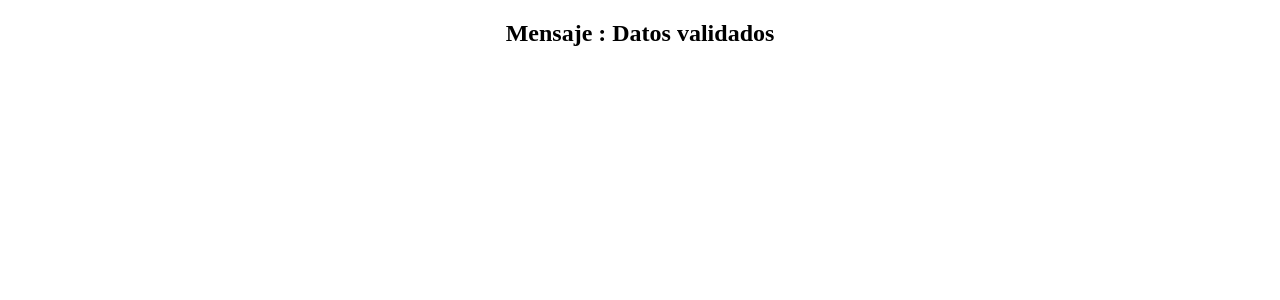
Repository: LuisCondori98/LP1-CIB
Page: http://localhost/Clase-02/jsp/validarCredencial.jsp
These files come from the project's save history. The page is drawn as it stood at one moment and after the next save; the edit follows.
The browser window is 1280 px wide. The pictures show the whole page.
The page is served by Tomcat 9.

Above is the page before, as saved 2025-01-12 20:47:42.

After the next save:
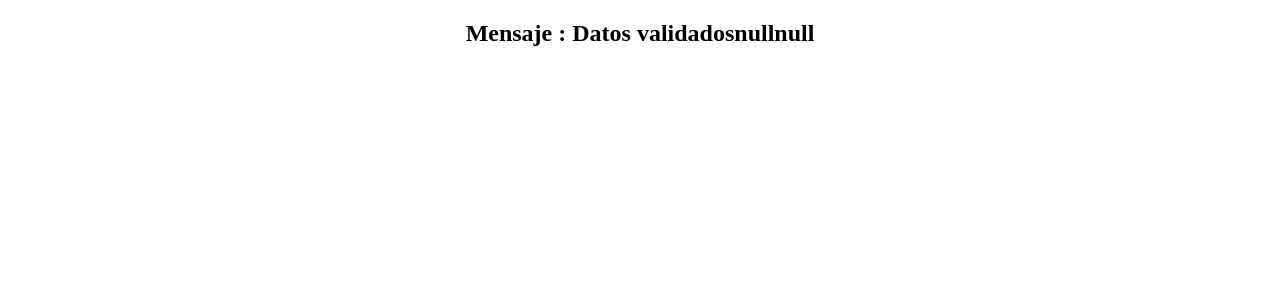
Saved 70 s later.
--- a/Clase-02/src/main/webapp/jsp/validarCredencial.jsp
+++ b/Clase-02/src/main/webapp/jsp/validarCredencial.jsp
@@ -11,7 +11,7 @@
 		String mensaje = "";
 		String Rol = request.getParameter("cboRol");
 		String credencial = request.getParameter("txtCredencial");
-		mensaje = "Datos validados";
+		mensaje = "Datos validados" + Rol + credencial;
 		request.setAttribute("msj", mensaje);
 		pageContext.forward("respuestaCredencial.jsp");
 	%>
